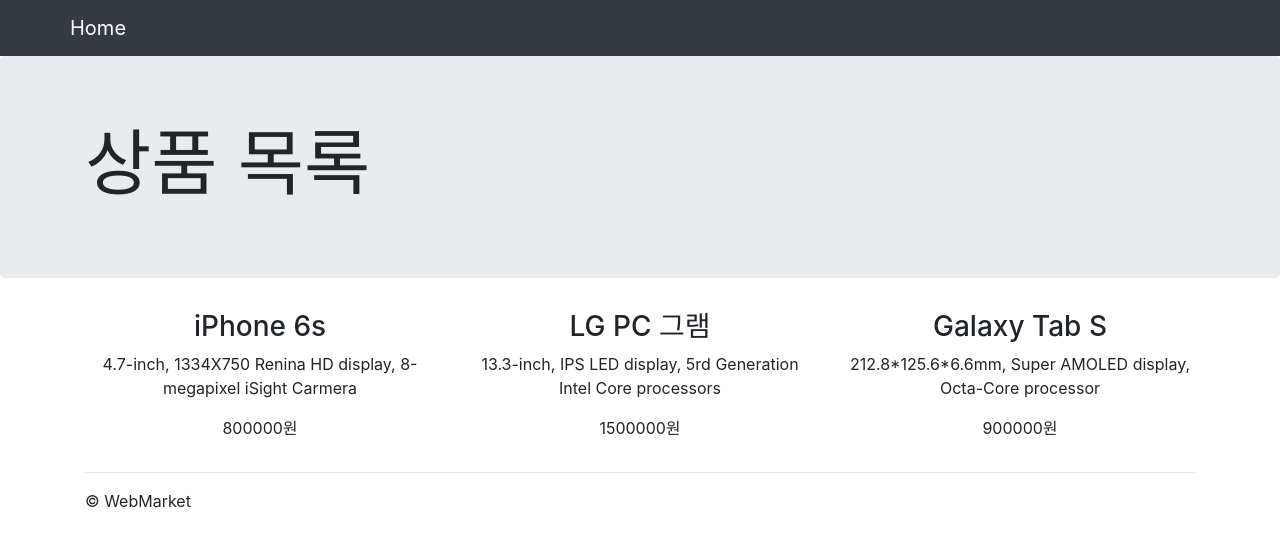
Repository: lhj257/jspwrokspace
Page: http://localhost/WebMarket/products.jsp
The author's editor kept a copy of each file at every save. The page is drawn from the files as they stood at one save, then again after the next save.
The browser window is 1280 px wide. The pictures show the whole page.
The page is served by Tomcat 9. Nobody is signed in. The application's start-up code is not run. Other server files are loaded and not shown.

Above is the page before, as saved 2023-08-24 02:31:46.

### WebMarket/src/main/webapp/products.jsp
<%@ page language="java" contentType="text/html; charset=UTF-8"
	pageEncoding="UTF-8"%>
<%@ page import="java.util.ArrayList"%>
<%@ page import="dao.Product"%>
<jsp:useBean id="productDAO" class="dao.ProductRepository"
	scope="session" />
<!DOCTYPE html>
<html>
<head>
<link rel="stylesheet"
	href="https://cdn.jsdelivr.net/npm/bootstrap@4.0.0/dist/css/bootstrap.min.css"
	integrity="sha384-Gn5384xqQ1aoWXA+058RXPxPg6fy4IWvTNh0E263XmFcJlSAwiGgFAW/dAiS6JXm"
	crossorigin="anonymous">
<meta charset="UTF-8">
<title>상품 목록</title>
</head>
<body>
	<jsp:include page="menu.jsp" />
	<div class="jumbotron">
		<div class="container">
			<h1 class="display-3">상품 목록</h1>
		</div>
	</div>
	<%
	ArrayList<Product> listOfProducts = productDAO.getAllProducts();
	%>
	<div class="container">
		<div class="row" align="center">
			<%
			for (int i = 0; i < listOfProducts.size(); i++) {
				Product product = listOfProducts.get(i);
			%>
			<div class="col-md-4">
				<h3><%=product.getPname()%></h3>
				<p><%=product.getDescription()%>
				<p><%=product.getUnitPrice()%>원
			</div>
			<%
			}
			%>
		</div>
		<hr>
	</div>
	<jsp:include page="footer.jsp" />
</body>
</html>

### WebMarket/src/main/webapp/menu.jsp
<nav class="navbar navbar-expand navbar-dark bg-dark">
	<div class="container">
		<div class="navbar-header">
			<a class="navbar-brand" href="./welcome.jsp">Home</a>
		</div>
	</div>
</nav>

### WebMarket/src/main/java/dao/ProductRepository.java
package dao;

import java.util.ArrayList;

public class ProductRepository {

	private ArrayList<Product> listOfProducts = new ArrayList<Product>();

	public ArrayList<Product> getAllProducts(){
		return listOfProducts;
	}

	public ProductRepository() {
		Product phone = new Product("P1234", "iPhone 6s", 800000);
		phone.setDescription("4.7-inch, 1334X750 Renina HD display, 8-megapixel iSight Carmera");
		phone.setCategory("Smart Phone");
		phone.setManufacturer("Apple");
		phone.setUnitsInStock(1000);
		phone.setCondition("New");

		Product notebook = new Product("P1235", "LG PC 그램", 1500000);
		notebook.setDescription("13.3-inch, IPS LED display, 5rd Generation Intel Core processors");
		notebook.setCategory("Notebook");
		notebook.setManufacturer("LG");
		notebook.setUnitsInStock(1000);
		notebook.setCondition("Refurbished");

		Product tablet = new Product("1236", "Galaxy Tab S", 900000);
		tablet.setDescription("212.8*125.6*6.6mm, Super AMOLED display, Octa-Core processor");
		tablet.setCategory("Tablet");
		tablet.setManufacturer("Samsung");
		tablet.setUnitsInStock(1000);
		tablet.setCondition("Old");

		listOfProducts.add(phone);
		listOfProducts.add(notebook);
		listOfProducts.add(tablet);


	}
}

### WebMarket/src/main/java/dto/Product.java
package dao;

import java.io.Serializable;

public class Product implements Serializable {

	private static final long serialVersionUID = -4274700572038677000L;

	private String productId;
	private String pname;
	private Integer unitPrice;
	private String description;
	private String manufacturer;
	private String category;
	private long unitsInStock;
	private String condition;

	public Product() {
		super();
	}

	public Product(String productId, String pname, Integer unitPrice) {
		this.productId = productId;
		this.pname = pname;
		this.unitPrice = unitPrice;
	}

	public String getProductId() {
		return productId;
	}

	public void setProductId(String productId) {
		this.productId = productId;
	}

	public String getPname() {
		return pname;
	}

	public void setPname(String pname) {
		this.pname = pname;
	}

	public Integer getUnitPrice() {
		return unitPrice;
	}

	public void setUnitPrice(Integer unitPrice) {
		this.unitPrice = unitPrice;
	}

	public String getDescription() {
		return description;
	}

	public void setDescription(String description) {
		this.description = description;
	}

	public String getManufacturer() {
		return manufacturer;
	}

	public void setManufacturer(String manufacturer) {
		this.manufacturer = manufacturer;
	}

	public String getCategory() {
		return category;
	}

	public void setCategory(String category) {
		this.category = category;
	}

	public long getUnitsInStock() {
		return unitsInStock;
	}

	public void setUnitsInStock(long unitsInStock) {
		this.unitsInStock = unitsInStock;
	}

	public String getCondition() {
		return condition;
	}

	public void setCondition(String condition) {
		this.condition = condition;
	}
}

Loaded but not shown: WebMarket/src/main/webapp/footer.jsp (common file)

After the next save:
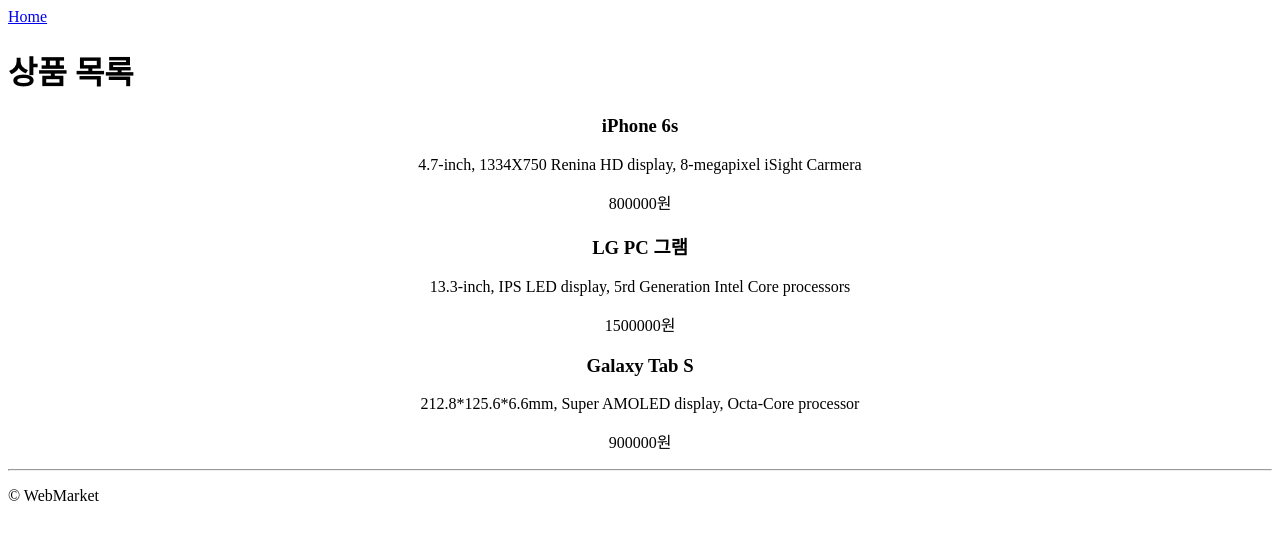
Saved 23 min 50 s later.
--- a/WebMarket/src/main/webapp/products.jsp
+++ b/WebMarket/src/main/webapp/products.jsp
@@ -7,10 +7,7 @@
 <!DOCTYPE html>
 <html>
 <head>
-<link rel="stylesheet"
-	href="https://cdn.jsdelivr.net/npm/bootstrap@4.0.0/dist/css/bootstrap.min.css"
-	integrity="sha384-Gn5384xqQ1aoWXA+058RXPxPg6fy4IWvTNh0E263XmFcJlSAwiGgFAW/dAiS6JXm"
-	crossorigin="anonymous">
+
 <meta charset="UTF-8">
 <title>상품 목록</title>
 </head>
